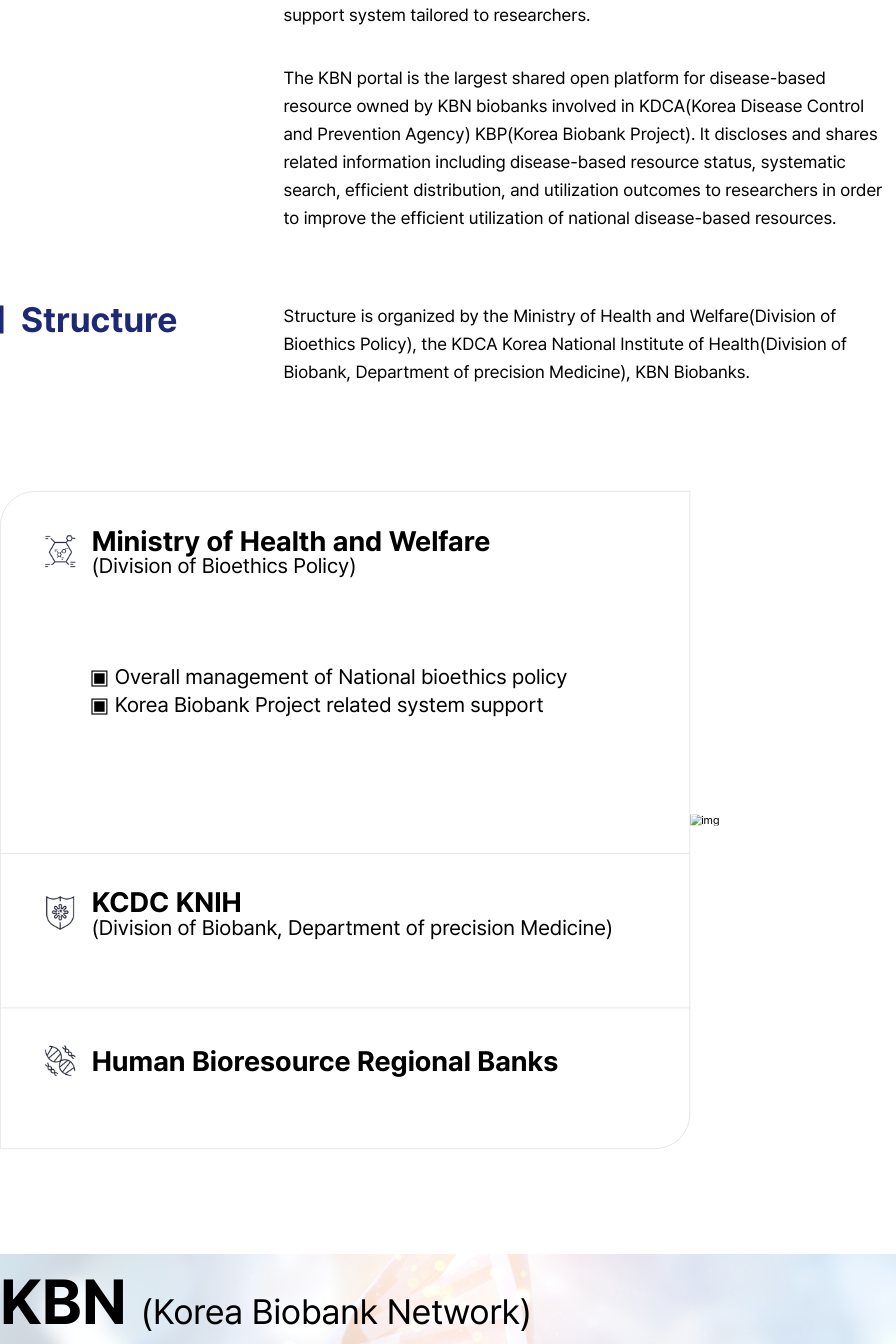
Repository: dlgywls1130/kbn_makedit
Page: index.html
The author's editor kept a copy of each file at every save. The page is drawn from the files as they stood at one save, then again after the next save.
The browser window is 1280 px wide. The pictures show the part of the page from y = 1278 to 3198 px (the page is 5507 px tall), at 70% of full size.
After loading, the first visible `div.accordion-item` was clicked once.
Some web libraries are served in a nearby version.

Above is the page before, as saved 2023-10-15 16:28:08.

### index.html
<!DOCTYPE html>
<html lang="en">
<head>
    <meta charset="UTF-8">
    <meta name="viewport" content="width=device-width, initial-scale=1.0">
    <title>KBN</title>

    <link rel="stylesheet" href="./css/reset.css">
    <link rel="stylesheet" href="./css/style.css">

    <!-- slick css -->
    <link rel="stylesheet"  type="text/css" href="./css/slick.css">

</head>
<body>

    <!-- header -->
    <header>
        <div class="header_wrapper">
            <div class="header_logo">
                <img src="./image/logo.png" alt="logo">
            </div>
            <ul class="nav_list">
                <li><a href="#about"> About us</a></li>
                <li><a href="#kbn">KBN</a></li>
                <li><a href="#sample">Sample status</a></li>
                <li><a href="#distribution">Distribution procedure</a></li>
                <li><a href="#biobanks">KBN Biobanks</a></li>
            </ul>
            <div class="header_en">
                <div class="en_icon">
                    <img src="./image/language.png" alt="icon">
                </div>
                <p>EN</p>
            </div>
        </div>

    </header>


    <!-- main banner -->
    <section>
        <div class="main_banner">
            <div class="slide_wrap">
                <div class="slide_list first-slide">
                    <div class="slide_content">
                        <h2 class="slide_title">
                            The Biggest Disease-based
                            <Br>Human Biobank Network of Korea
                        </h2>
                        <p class="slide_sub">
                            KBN, the largest biobank network in korea, collects, manages, and holds disease-based
                            <Br>human bioresources, i.e. various samples of more than 600,000 individuals.
                        </p>
                    </div>
                </div>
                <div class="slide_list second-slide">
                    <div class="slide_content">
                        <h2 class="slide_title">
                            KBN Distribution Support Center
                        </h2>
                        <p class="slide_sub">
                            The Center provides human bioresources, and clinical and epidemiological information
                            <Br> held by KBN biobanks nationwide and actively supports the distribution.

                        </p>
                    </div>
                </div>
                <div class="slide_list three-slide">

                    <div class="slide_content">
                        <h2 class="slide_title">
                            KBN Provides On-line Searching Database
                            <Br>and Operates Distribution Support Center
                        </h2>
                        <p class="slide_sub">
                            Researchers conduct KBN human bioresource search, while the distribution support
                            <Br>center provides services customized to individual users.
                        </p>
                    </div>
                </div>
            </div>
        </div>
    </section>

    <!-- about us -->
    <section id="about">
        <div class="about_wrap">
            <div class="content_width">
                <h2 class="section_title">About us</h2>
            </div>

            <div class="about-us">
                <div class="about_content">
                    <div class="content_list mb-100">
                        <div class="list_main">
                            KBN Portal
                        </div>
                        <div class="list_descript">
                            <p class="mb-50">The Korea Biobank Network’s Human Bioresource Sharing and Access Platform, established in 2019, aims
                            to expand the accessibility of the disease-based bioresources collected through KBN and develop a
                            system to collect high-quality standard clinical information, thereby establishing a distribution support
                            system tailored to researchers.</p>

                            <p>The KBN portal is the largest shared open platform for disease-based resource owned by KBN biobanks
                            involved in KDCA(Korea Disease Control and Prevention Agency) KBP(Korea Biobank Project).
                            It discloses and shares related information including disease-based resource status, systematic search,
                            efficient distribution, and utilization outcomes to researchers in order to improve the efficient utilization of
                            national disease-based resources.</p>
                        </div>
                    </div>
                    <div class="content_list">
                        <div class="list_main">
                            Structure
                        </div>
                        <div class="list_descript">
                            <p>Structure is organized by the Ministry of Health and Welfare(Division of Bioethics Policy), the KDCA Korea
                                National Institute of Health(Division of Biobank, Department of precision Medicine), KBN Biobanks.</p>
                        </div>
                    </div>
                </div>
                <div class="about_acodian">
                    <div class="acodian_list">
                        <div class="accordion-item">
                            <h3 class="title">
                                <div class="acodian_icon">
                                    <img src="./image/about_ico1.png" alt="icon">
                                </div>
                                <p>Ministry of Health and Welfare
                                    <span>(Division of Bioethics Policy)</span>
                                </p>

                            </h3>
                            <div class="paragraph">
                                <p>▣ Overall management of National bioethics policy</p>
                                <p>▣ Korea Biobank Project related system support</p>
                            </div>
                        </div>
                        <div class="accordion-item">
                            <h3 class="title">
                                <div class="acodian_icon">
                                    <img src="/image/about_ico2.png" alt="icon">
                                </div>
                                <p>KCDC KNIH
                                    <span>(Division of Biobank, Department of precision Medicine)</span>
                                </p>

                            </h3>
                            <div class="paragraph">
                                <p>▣ KBN management (National Biobank of Korea management)</p>
                                <p>▣ Collection, management, and distribution of large-scale population-based human bioresources </p>
                                <p>▣ Human bioresource management standardization and technology development</p>
                            </div>
                        </div>
                        <div class="accordion-item">
                            <h3 class="title">
                                <div class="acodian_icon">
                                    <img src="/image/about_ico3.png" alt="icon">
                                </div>
                                <p>Human Bioresource Regional Banks</p>

                            </h3>
                            <div class="paragraph">
                                <p>▣ Collection · management · distribution of disease-based human bioresources</p>
                                <p>▣ Organiztion and operation of Korea Biobank Council</p>
                            </div>
                        </div>
                    </div>
                    <div class="acodian_circle">
                        <img src="" alt="img">
                    </div>
                </div>
            </div>
        </div>

    </section>

    <!-- kbn -->

    <section id="kbn">
        <div class="kbn_wrap">
            <div class="content_width">
                <h2 class="section_title">KBN <span>(Korea Biobank Network)</span></h2>
            </div>
            <div class="kbn_content">
                <div class="content_list">
                    <div class="list_main">
                        Korea Biobank Project
                    </div>
                    <div class="list_descript">
                        <p>In 2021, Korea Biobank Project(KBP) Phase 4. The KBN reorganized as a pan-national system with the
                            selection of new biobank partners.
                            </p>

                        <p>The Phase 4 Project include initiative of collaborative subnetworks for specific disease-targeted future
                            biobanking(n=10) and biobank innovation consortia for biomedical and healthcare research(n=2).
                            </p>
                    </div>
                </div>
                <div class="kbn_guidance_wrap">

                </div>
            </div>
        </div>

    </section>

    <!-- sample -->

    <section id="sample">
        <div class="sample_wrap">
            <div class="content_width">
                <h2 class="section_title">Sample status <span>(as of December 31, 2022)</span></h2>
            </div>
            <div class="sample_content">
                <div class="sample_list">
                    <div class="sample_list_left">
                        <div class="sample_list_icon">
                            <img src="" alt="img">
                        </div>
                        <div class="sample_list_title">
                            Current Situation
                        </div>
                    </div>
                    <div class="sample_list_right">
                        <div class="right_span">
                            <span>participants</span>
                            <p>663,254</p>
                        </div>
                        <div class="right_span">
                            <span>vials</span>
                            <p>9,062,621</p>
                        </div>
                    </div>
                </div>
                <div class="sample_list">
                    <div class="sample_list_left">
                        <div class="sample_list_icon">
                            <img src="" alt="img">
                        </div>
                        <div class="sample_list_title">
                            Distribution
                        </div>
                    </div>
                    <div class="sample_list_right">
                        <div class="right_span">
                            <span>studies</span>
                            <p>3215</p>
                        </div>
                    </div>
                </div>
                <div class="sample_list">
                    <div class="sample_list_left">
                        <div class="sample_list_icon">
                            <img src="" alt="img">
                        </div>
                        <div class="sample_list_title">
                            Utilization
                        </div>
                    </div>
                    <div class="sample_list_right">
                        <div class="right_span">
                            <span>papers</span>
                            <p>948</p>
                        </div>
                        <div class="right_span">
                            <span>patents</span>
                            <p>116</p>
                        </div>
                    </div>
                </div>
            </div>
        </div>

    </section>

    <!-- Distribution  -->
    <section id="distribution">
        <div class="distribution_wrap">
            <div class="content_width">
                <h2 class="section_title white">Distribution procedure</h2>
            </div>
            <div class="distribution_about">
                <div class="content_list">
                    <div class="list_main">
                        Procedure
                    </div>
                    <div class="list_descript">
                        <p>KBN Human bioresources application procedure for distribution.</p>

                        <p>KBN distributes the collected human bioresources to researchers for domestic healthcare R&D.
                            For access to, researcher(s) residing in Korea and carrying out a research project that has obtained IRB
                            approval(or exemption) can apply for access to human bioresource distribution, and if approved by the
                            Access and Sharing Committee, the bioresources are released.
                        </p>
                    </div>
                </div>
                <div class="text_slide">

                </div>
            </div>
        </div>
    </section>

    <!-- Biobanks  -->
    <section id="biobanks">
        <div class="biobank_wrap">
            <div class="content_width">
                <h2 class="section_title">KBN Biobanks <span>- targeted diseases</span></h2>
            </div>
            <div class="biobank_content">
                <div class="biobank_tab">

                </div>

            </div>
        </div>

    </section>

    <!-- logo slide -->
    <section>
        <div class="logo_loop">

        </div>
    </section>

    <!-- footer -->
    <footer>
        <div class="footer_wrap">
            <div class="footer_left">
                <h3 class="footer_title">
                    CONTACT US
                </h3>

                <div class="footer_contain">
                    <ul>
                        <li class="footer_text">kbnysvc@gmail.com</li>
                        <li class="footer_phone">+82 -31-546-2715</li>
                        <li class="footer_text">Monday-Friday 8:30am ~ 5:30pm</li>
                        <li class="footer_text">(Saturday and Sunday, Holidays : ClOSED)</li>
                    </ul>
                    <ul>
                        <li><img src="" alt="icon"></li>
                        <li><img src="" alt="icon"></li>
                    </ul>
                </div>

                <p>Yongin Severance Hospital 363, Dongbaekjukjeon-daero, Giheung-gu, Yongin-si, Gyeonggi-do 16995, Republic of Korea</p>
            </div>

            <div class="footer_right">
                <div class="right_top">
                    <h3 class="footer_title">
                        SOCIAL LINKS
                    </h3>
                    <div class="footer_sns">
                        <a href="" class="link_sns">
                            <img src="" alt="sns">
                        </a>
                        <a href="" class="link_sns">
                            <img src="" alt="sns">
                        </a>
                        <a href="" class="link_sns">
                            <img src="" alt="sns">
                        </a>

                    </div>
                </div>
                <div class="right_bottom">
                    <h3 class="footer_title">
                        RELATED SITE
                    </h3>
                    <div class="link_site">
                        <a href="" class="site_link">
                            <img src="" alt="link">
                        </a>
                        <a href="" class="site_link">
                            <img src="" alt="link">
                        </a>

                    </div>
                </div>

            </div>
        </div>
        <div class="footer_copy">
            <p>YONSEI UNIVERSITY, YONGIN SEVERANCE HOSPITAL. ALL RIGHTS RESERVED </p>
            <div class="copy_right">
                <p>Personal information processing policy</p>
                <p>Terms and Conditions</p>
            </div>
        </div>
    </footer>


    <script type="text/javascript" src="//code.jquery.com/jquery-1.11.0.min.js"></script>
    <script src="./js/slick.min.js"></script>
    <script src="./js/main.js"></script>
</body>
</html>

### css/style.css
:root{
    --main-text:#1D2974;
    --black-text:#000;
}


/* common */

body{
    font-family: 'pretendard',sans-serif ;
}

/* font */
@font-face {
    font-family: pretendard;
    src: url('/font/Pretendard-Regular.woff2') format('woff2'),
    url('/font/Pretendard-Regular.woff') format('woff'),
    url('/font/Pretendard-Regular.ttf') format('ttf'),
    url('/font/Pretendard-Regular.otf') format('otf');
    font-weight: 400;
}

@font-face {
    font-family: pretendard;
    src: url('/font/Pretendard-Medium.woff2') format('woff2'),
    url('/font/Pretendard-Medium.woff') format('woff'),
    url('/font/Pretendard-Medium.ttf') format('ttf'),
    url('/font/Pretendard-Medium.otf') format('otf');
    font-weight: 500;
}

@font-face {
    font-family: pretendard;
    src: url('/font/Pretendard-Bold.woff2') format('woff2'),
    url('/font/Pretendard-Bold.woff') format('woff'),
    url('/font/Pretendard-Bold.ttf') format('ttf'),
    url('/font/Pretendard-Bold.otf') format('otf');
    font-weight: 700;
}


section{margin-bottom:150px;}

.section_title{
    font-size: 90px;
    font-weight: 700;
    line-height:40px;
    max-width: 1680px;
    width: 100%;
    margin: 0 auto;
}

.section_title span{
    font-weight: 300;
    font-size: 50px;
}

.content_width{
    width: 100%;
    height: 150px;
    background:url('/image/title_back.jpg');
    background-repeat: no-repeat;
    background-size:cover;
    margin-bottom: 100px;
    display: flex;
    align-items: center;
}

.content_list {
    display: flex;
    align-items: flex-start;
    justify-content: space-between;
}

.content_list .list_main{
    position: relative;
    width: 30%;
    font-size: 50px;
    font-weight: 700;
    color: var(--main-text);
    white-space: nowrap;
    padding-left: 30px;
}

.content_list .list_main::before{
    position: absolute;
    content: '';
    left: 0;
    top: 50%;
    transform: translate(0,-50%);
    height: 40px;
    width: 5px;
    background: var(--main-text);
}

.content_list .list_descript{
    width: 70%;
}

.content_list .list_descript p{
    font-size: 25px;
    font-weight: 300;
    line-height: 40px;
}


/* common margin */

.mb-50{margin-bottom: 50px;}
.mb-100{margin-bottom: 100px;}


/* header */

header{
    position: fixed;
    top: 0;
    left: 0;
    background: #fff;
    width: 100%;
    height: 138px;
    padding: 28px 0;
    box-sizing: border-box;
    z-index: 9;
}

.header_wrapper{
    max-width: 1680px;
    width: 100%;
    margin: 0 auto;
    display: flex;
    align-items: center;
    justify-content: space-between;
}

.header_logo{
    width: 250px;
    height: 80px;
}

.header_logo img{
    width: 100%;
    height: 100%;
    object-fit: contain;
}

.header_wrapper .nav_list{
    display: flex;
}

.header_wrapper .nav_list li{
    padding: 0 50px;
}

.header_wrapper .nav_list li a{
    font-size: 25px;
    font-weight: 500;
    line-height: 0.03em;
    text-decoration: none;
    color:var(--black-text);
}

.header_en{display: flex; align-items: center;}

.header_en .en_icon{
    width: 24px;
    height: 24px;
}

.header_en .en_icon img{
    width: 100%;
    height: 100%;
    object-fit: contain;
}

.header_en p{
    margin-left: 8px;
    font-size: 20px;
    font-weight: 700;
}

/* main_banner */

.slide_wrap .slide_list{
    width: 100%;
    height: 100vh;
    position: relative;
}

.slide_wrap .slide_list.first-slide{
    background: url('/image/main_slide1.jpg');
    background-repeat: no-repeat;
    background-position: right center;
    background-size: cover;
}

.slide_wrap .slide_list.second-slide{
    background: url('/image/main_slide2.jpg');
    background-repeat: no-repeat;
    background-position: center center;
    background-size: cover;
}

.slide_wrap .slide_list.three-slide{
    background: url('/image/main_slide3.jpg');
    background-repeat: no-repeat;
    background-position: left center;
    background-size: cover;
}

.slide_content{
width: 100%;
position: absolute;
right: 8%;
top: 40%;
transform: translate(0,-50%);
}

.slide_content .slide_title{
    font-size: 60px;
    font-weight: 700;
    color: #fff;
    letter-spacing: 0.07em;
    text-align: right;
}

.slide_content .slide_sub{
    font-size: 25px;
    font-weight: 400;
    color: #fff;
    letter-spacing: 0.04em;
    text-align: right;
    margin-top: 40px;
}

.slick-dots{
    display: flex!important;
    align-items: center;
    position: absolute;
    top: 65%;
    right: 8%;
    column-gap: 30px;
}

.slick-dots button {
    color: rgba(2255,255,255,0.45);
    background:none;
    border-bottom:5px solid rgba(255,255,255,0.45);
    font-size: 25px;
    font-weight: 700;
    padding-bottom: 15px;
    border-top: none;
    border-left: none;
    border-right: none;
    box-shadow: none;
    outline: none;
}

.slick-dots button:hover,
.slick-dots .slick-active button {
    border-bottom:5px solid rgba(255,255,255,1);
    color: rgba(255,255,255,1);
}

.slick-arrow{
position: absolute;
top: 55%;

}

.slick-next{
    right: 8%;
    transform: rotate(45deg);
}

.slick-prev{
    right: 10%;
    z-index: 1;
    transform: rotate(225deg);
}

.arrow{
    width: 30px; /* 사이즈 */
    height: 30px; /* 사이즈 */
    border-top: 8px solid #fff; /* 선 두께 */
    border-right: 8px solid #fff; /* 선 두께 */
}


/* about us */
.about-us{
    max-width: 1680px;
    margin: 0 auto;
}

.about_content{
    margin-bottom: 150px;
}

.about_acodian{
    display: flex;
    align-items: center;
}

.acodian_list{
    box-sizing: border-box;
    height: auto;
    border: 1px solid #DCDCDC;
    border-radius: 50px 0;
}

.accordion-item{
    padding: 50px 60px;
    border-bottom: 1px solid #DCDCDC;
}

.accordion-item:last-child{
    border-bottom: none;
}
.accordion-item .title{
 display: flex;
 align-items: center;
 padding-bottom: 50px;
 cursor: pointer;
}



.accordion-item .title p{
    font-size: 40px;
    font-weight: 700;
    color: #000;
    margin-left: 20px;
}

.accordion-item .title p span{
    font-size: 30px;
    font-weight: 300;
    display: block;
}

.accordion-item .acodian_icon{
    width: 50px;
    height: 50px;
}

.accordion-item .acodian_icon img{
    width: 100%;
    height: 100%;
}

.accordion-item .paragraph{
    display: none;
    font-size: 30px;
    font-weight: 300;
    line-height: 40px;
}

.accordion-item.active .paragraph {
    display: block;
    padding: 74px 114px 142px 67px;
}

Loaded but not shown: css/reset.css (common file); css/slick.css (common file); js/slick.min.js (library); js/main.js (33 lines, source omitted)

After the next save:
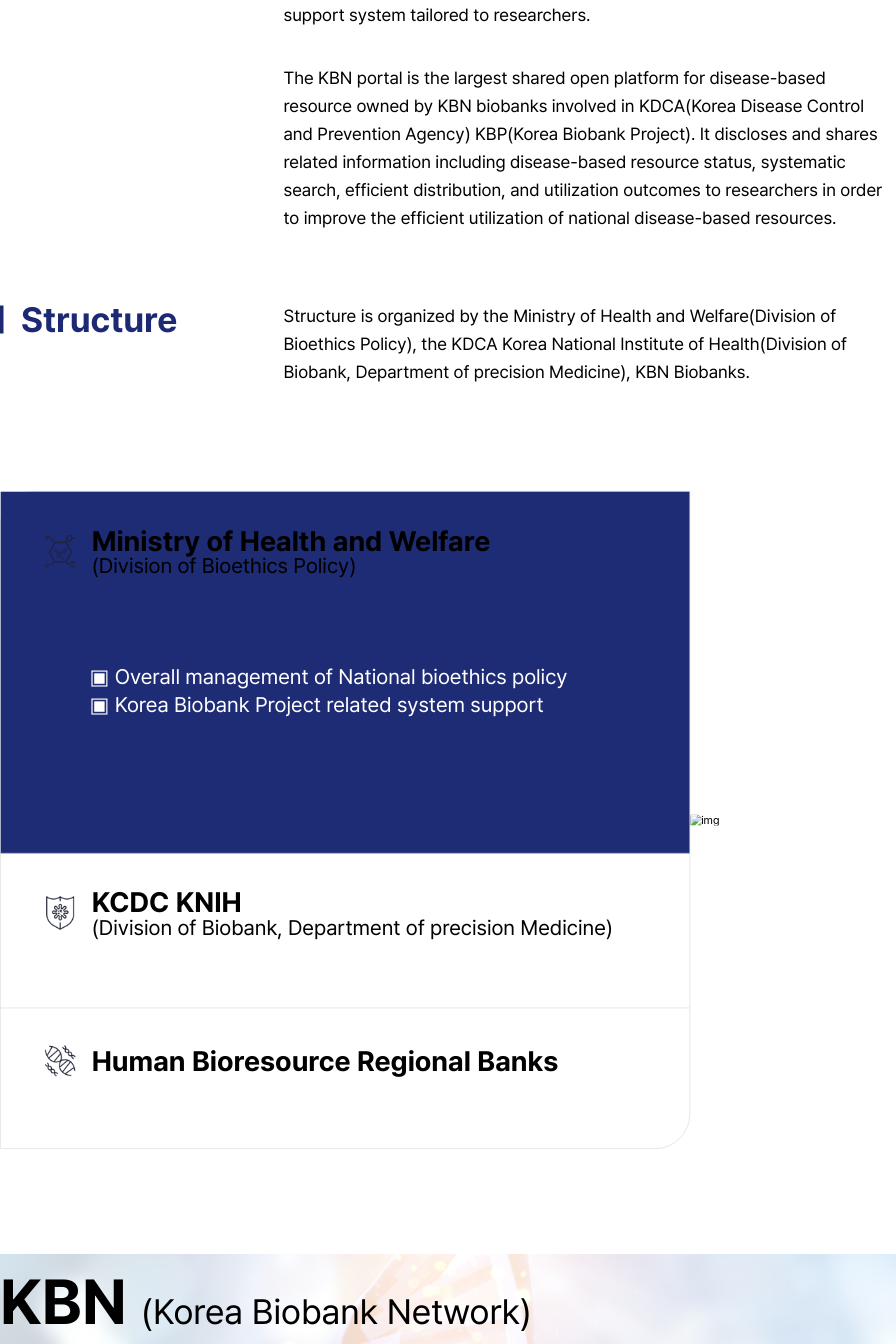
Saved 91 s later.
--- a/css/style.css
+++ b/css/style.css
@@ -354,6 +354,15 @@
     font-size: 30px;
     font-weight: 300;
     line-height: 40px;
+    color: #fff;
+}
+
+.accordion-item:nth-child(1).active{
+    background-color: #1E2B75;
+}
+
+.accordion-item.active .title{
+    color: #fff;
 }
 
 .accordion-item.active .paragraph {
